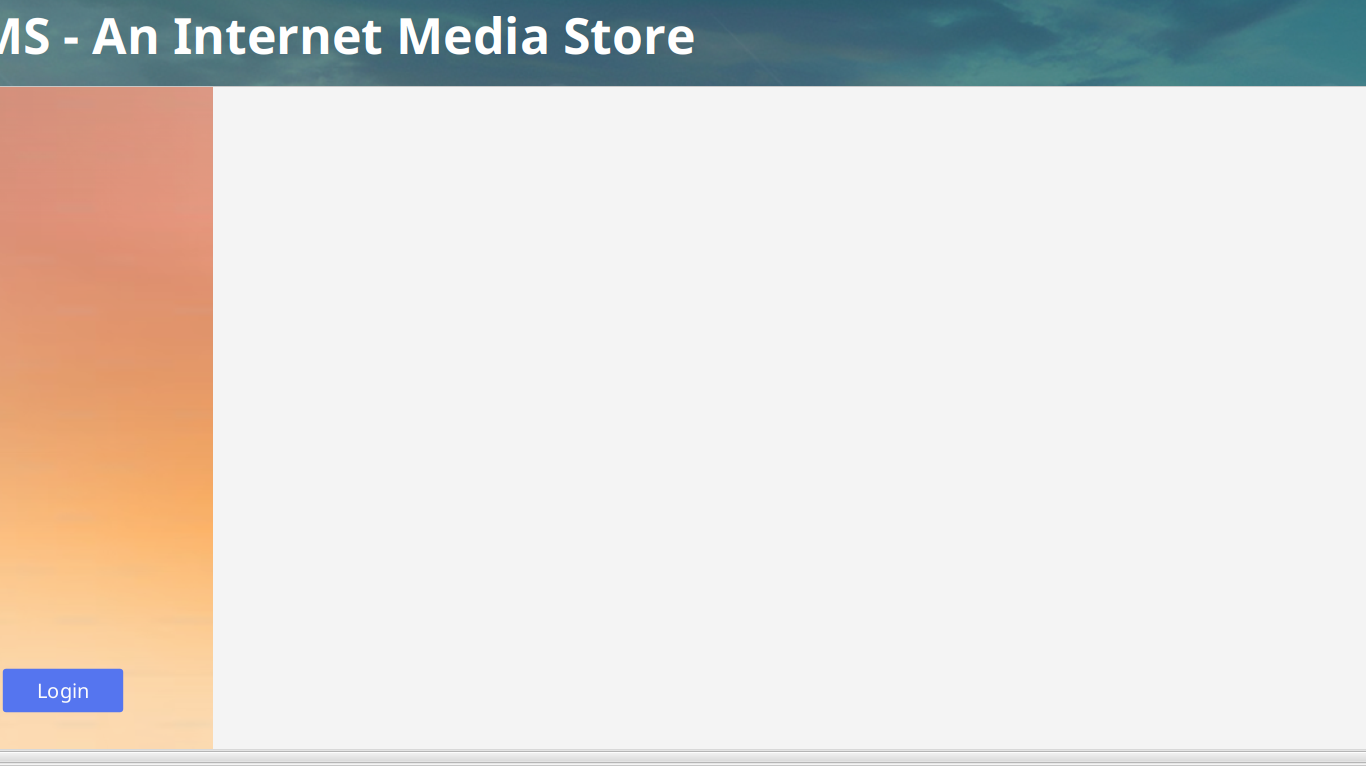
Repository: 20225683-vietddh/AIMS-simple-version
Program's window: java sourcecode/src/root/AimsRoot.java
An editor plug-in stored every save of this project. The program's window is shown before and after the next save, followed by the edit.
It runs on Java 21 on a 1366 x 768 screen with JavaFX 11; the title bar is not drawn. Parts beyond the screen are cut off. It also reads sourcecode/src/assets/images/background.jpg, sourcecode/src/assets/images/background.png.

Above is the program's window before, as saved 2025-03-15 09:35:13.

After the next save:
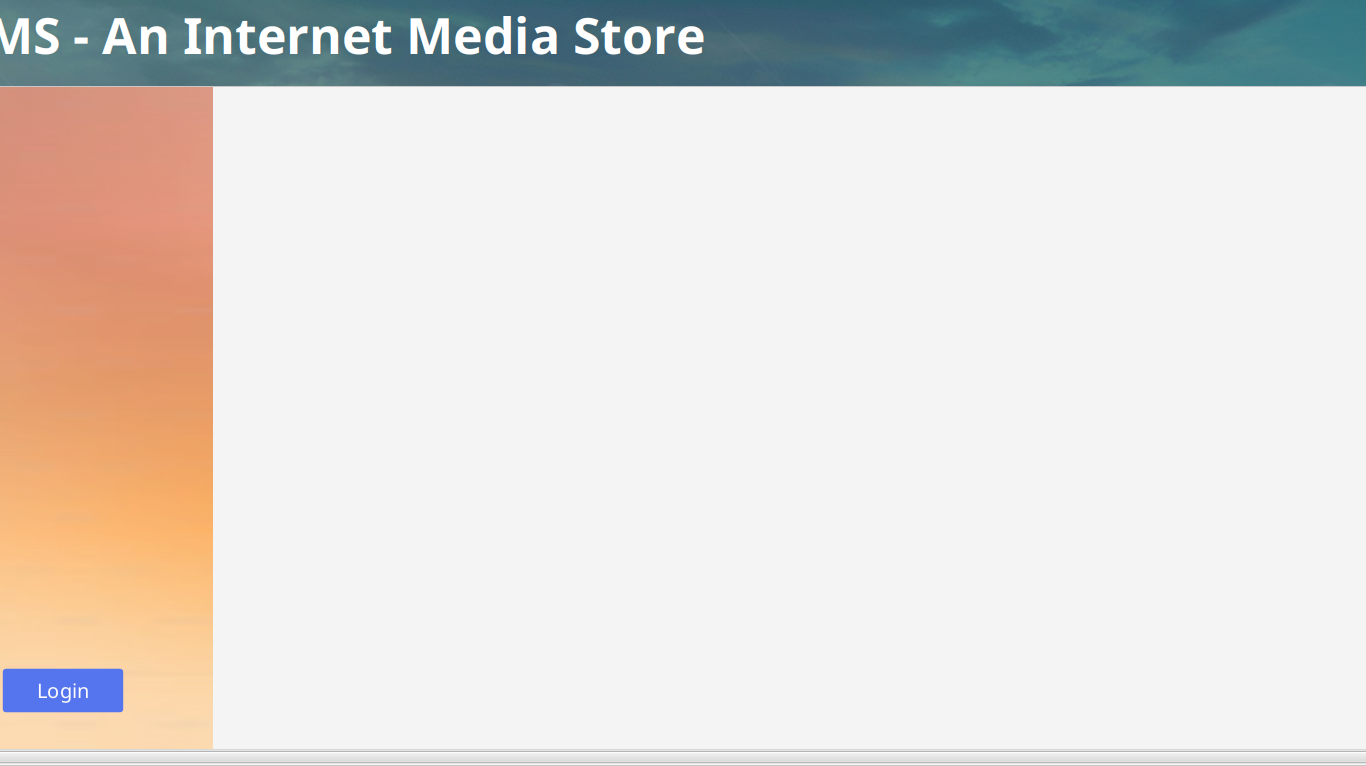
Saved 55 s later.
--- a/sourcecode/src/view/MainMenuScreen.fxml
+++ b/sourcecode/src/view/MainMenuScreen.fxml
@@ -23,7 +23,7 @@
                         <Font name="System Bold" size="50.0" />
                      </font>
                      <HBox.margin>
-                        <Insets left="10.0" />
+                        <Insets left="20.0" />
                      </HBox.margin>
                   </Label>
                </children>
